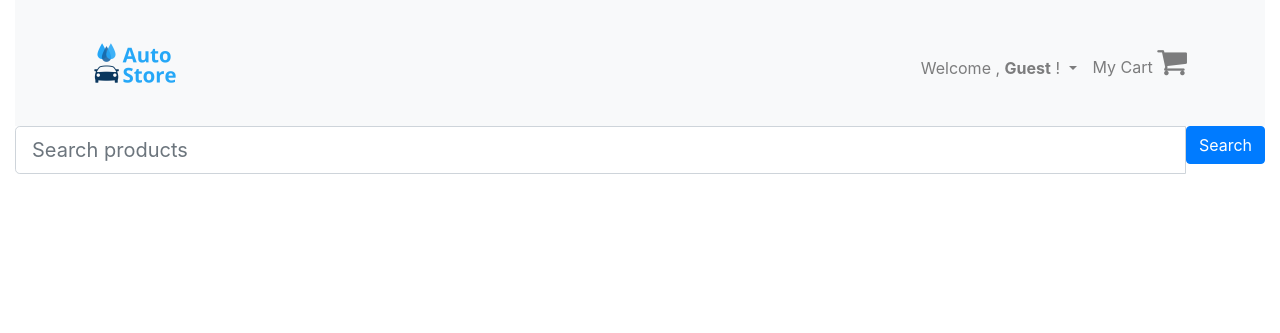
Repository: pravinsakthivel/ecommerce
Page: /products
These files come from the project's save history. The page is drawn as it stood at one moment and after the next save; the edit follows.
The browser window is 1280 px wide. The pictures show the whole page.
The page's requests for data from a server got no answer. The project was rebuilt for these pictures with package versions that can differ from the ones it lists, and the page was loaded fresh each time. No one was signed in, and anything a server would have sent is missing. Also part of the build but not shown: src/components/PayPalComponent.vue, src/components/PaymentDetails.vue, src/components/CartList.vue, src/components/UI/OrderSuccess.vue, src/components/UI/LoginPage.vue, src/components/UI/BaseBadge.vue, src/components/UI/TheJumbotron.vue, src/components/UI/BaseModal.vue.

Above is the page before, as saved 2021-04-10 15:59:08.

After the next save:
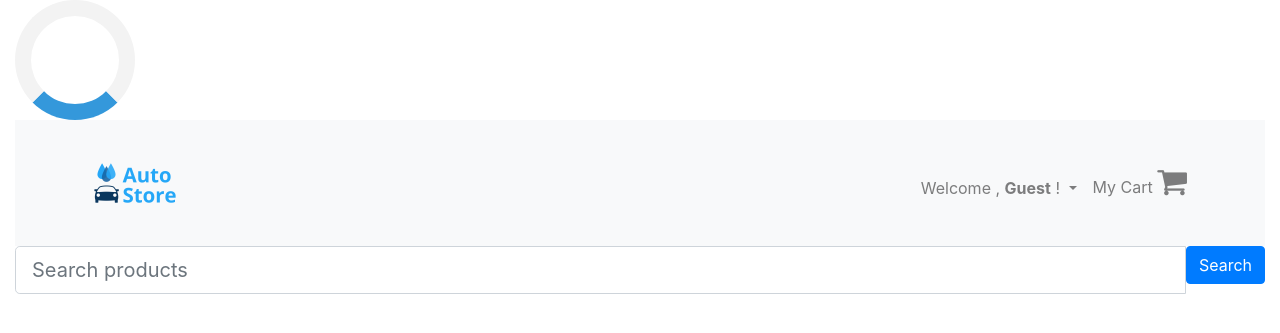
Saved 42 s later.
--- a/src/components/ProductList.vue
+++ b/src/components/ProductList.vue
@@ -70,10 +70,24 @@ export default {
 };
 </script>
 <style scoped>
-.input-width {
-  width: 100%;
+.loader {
+  border: 16px solid #f3f3f3;
+  border-radius: 50%;
+  border-top: 16px solid #3498db;
+  width: 120px;
+  height: 120px;
+  -webkit-animation: spin 2s linear infinite; /* Safari */
+  animation: spin 2s linear infinite;
 }
-.img-width {
-  width: 100px;
+
+/* Safari */
+@-webkit-keyframes spin {
+  0% { -webkit-transform: rotate(0deg); }
+  100% { -webkit-transform: rotate(360deg); }
+}
+
+@keyframes spin {
+  0% { transform: rotate(0deg); }
+  100% { transform: rotate(360deg); }
 }
 </style>
